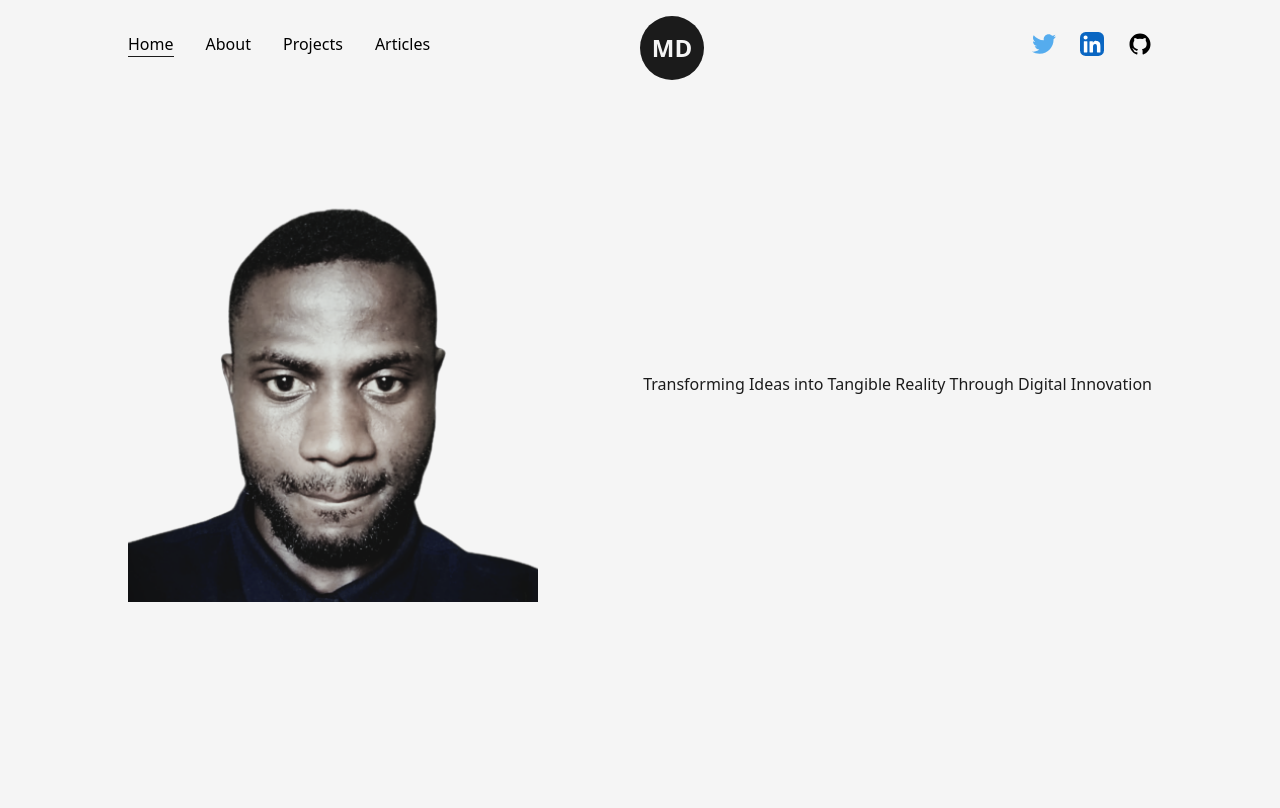
Repository: marcusdashe/situs
Page: /
The author's editor kept a copy of each file at every save. The page is drawn from the files as they stood at one save, then again after the next save.
The browser window is 1280 px wide. The pictures show the whole page.
The project was rebuilt for these pictures with package versions that can differ from the ones it lists, and the page was loaded fresh each time. The framework's server and built-in components were replaced by stand-ins that run in the browser.

Above is the page before, as saved 2023-06-15 17:28:08.

### src/pages/_app.js
import Navbar from "@/components/Navbar";
import "@/styles/globals.css";
import Head from "next/head";
// import { IBM_Plex_Sans } from "next/font/google";

// const ibm = IBM_Plex_Sans({
//   subsets: ["latin"],
//   variable: "--font-mont",
// });

export default function App({ Component, pageProps }) {
  return (
    <>
      <Head>
        <meta name="viewport" content="width=device-width, initial-scale=1" />
        <link rel="icon" href="/favicon.ico" />
      </Head>
      <main className={`  bg-light w-full min-h-screen`}>
        <Navbar />
        <Component {...pageProps} />
      </main>
    </>
  );
}

### src/pages/index.js
import Head from "next/head";
import Image from "next/image";
import { Inter } from "next/font/google";
import Layout from "@/components/Layout";
import profilePic from "../../public/images/profile/developer-pic-4.png";

const inter = Inter({ subsets: ["latin"] });

export default function Home() {
  return (
    <>
      <Head>
        <title>Marcus Dashe | Portfolio</title>
        <meta name="description" content="Generated by create next app" />
      </Head>
      <main className="flex items-center text-dark w-full min-h-screen">
        <Layout className="pt-0">
          <div className=" w-full flex items-center justify-between">
            <div className="w-2/5">
              <Image
                src={profilePic}
                alt="Marcus Dashe"
                className="w-full h-auto"
              />
            </div>
            <div>
              <h1>
                Transforming Ideas into Tangible Reality Through Digital
                Innovation
              </h1>
              <p></p>
            </div>
          </div>
        </Layout>
      </main>
    </>
  );
}

### src/components/Navbar.jsx
import React from "react";
import { useRouter } from "next/router";
import Link from "next/link";
import Logo from "./Logo";
import { TwitterIcon, GithubIcon, LinkedInIcon } from "./Icons";
import { motion } from "framer-motion";

const CustomLink = ({ href, title, className = "" }) => {
  const router = useRouter();

  return (
    <Link href={href} className={`${className} relative group`}>
      {title}
      <span
        className={`h-[1px] inline-block bg-dark absolute left-0 -bottom-0.5 group-hover:w-full transition-[width] ease duration-300 ${
          router.asPath === href ? "w-full" : "w-0"
        }`}
      >
        &nbsp;
      </span>
    </Link>
  );
};

const Navbar = () => {
  return (
    <header
      className="w-full px-32 py-8 font-medium
            flex items-center justify-between"
    >
      <nav>
        <CustomLink href="/" title="Home" className="mr-4" />
        <CustomLink href="/about" title="About" className="mx-4" />
        <CustomLink href="/projects" title="Projects" className="mx-4" />
        <CustomLink href="/articles" title="Articles" className="ml-4" />
      </nav>

      <nav className="flex items-center justify-center flex-wrap">
        <motion.a
          href="https://www.twitter.com/marcusdashe"
          target={"_blank"}
          whileHover={{
            y: -2,
          }}
          whileTap={{ scale: 0.9 }}
          className="w-6 mx-3"
        >
          <TwitterIcon className="" />
        </motion.a>
        <motion.a
          href="https://www.linkedin.com/in/marcus-dashe-15a088202"
          target={"_blank"}
          whileHover={{
            y: -2,
          }}
          whileTap={{ scale: 0.9 }}
          className="w-6 mx-3"
        >
          <LinkedInIcon />
        </motion.a>
        <motion.a
          href="https://www.github.com/marcusdashe"
          target={"_blank"}
          whileHover={{
            y: -2,
          }}
          whileTap={{ scale: 0.9 }}
          className="w-6 ml-3"
        >
          <GithubIcon />
        </motion.a>
      </nav>
      <div className="absolute left-[50%] top-2 translate-x-[-50]">
        <Logo />
      </div>
    </header>
  );
};

export default Navbar;

### src/styles/globals.css
@import url("https://fonts.googleapis.com/css2?family=IBM+Plex+Sans:ital,wght@0,100;0,200;0,300;1,100;1,200&family=Inter:wght@300;400;500;600;700;800;900&display=swap");

@tailwind base;
@tailwind components;
@tailwind utilities;

### src/components/Layout.jsx
import React from "react";

const Layout = ({ children, className = "" }) => {
  return (
    <div className={`${className} w-full inline-block z-0 bg-light p-32  `}>
      {children}
    </div>
  );
};

export default Layout;

### src/components/Logo.jsx
"use client";

import React from "react";
import Link from "next/link";
import { motion } from "framer-motion";

const MotionLink = motion(Link);

const Logo = () => {
  return (
    <div className="flex items-center justify-center mt-2">
      <MotionLink
        href="/"
        className="w-16 h-16 bg-dark text-light flex items-center
        justify-center rounded-full text-2xl font-bold hover
      "
        whileHover={{
          scale: 1.5,
          backgroundColor: [
            "#121212",
            "rgba(131,58,180,1)",
            "rgba(253,29,29,1)",
            "rgba(252,176,69,1)",
            "rgba(131,58,180,1)",
            "#121212",
          ],
          transition: {
            duration: 1,
            repeat: Infinity,
          },
        }}
      >
        MD
      </MotionLink>
    </div>
  );
};

export default Logo;

Loaded but not shown: tailwind.config.js (27 lines, source omitted); src/components/Icons.jsx (463 lines, source omitted)

After the next save:
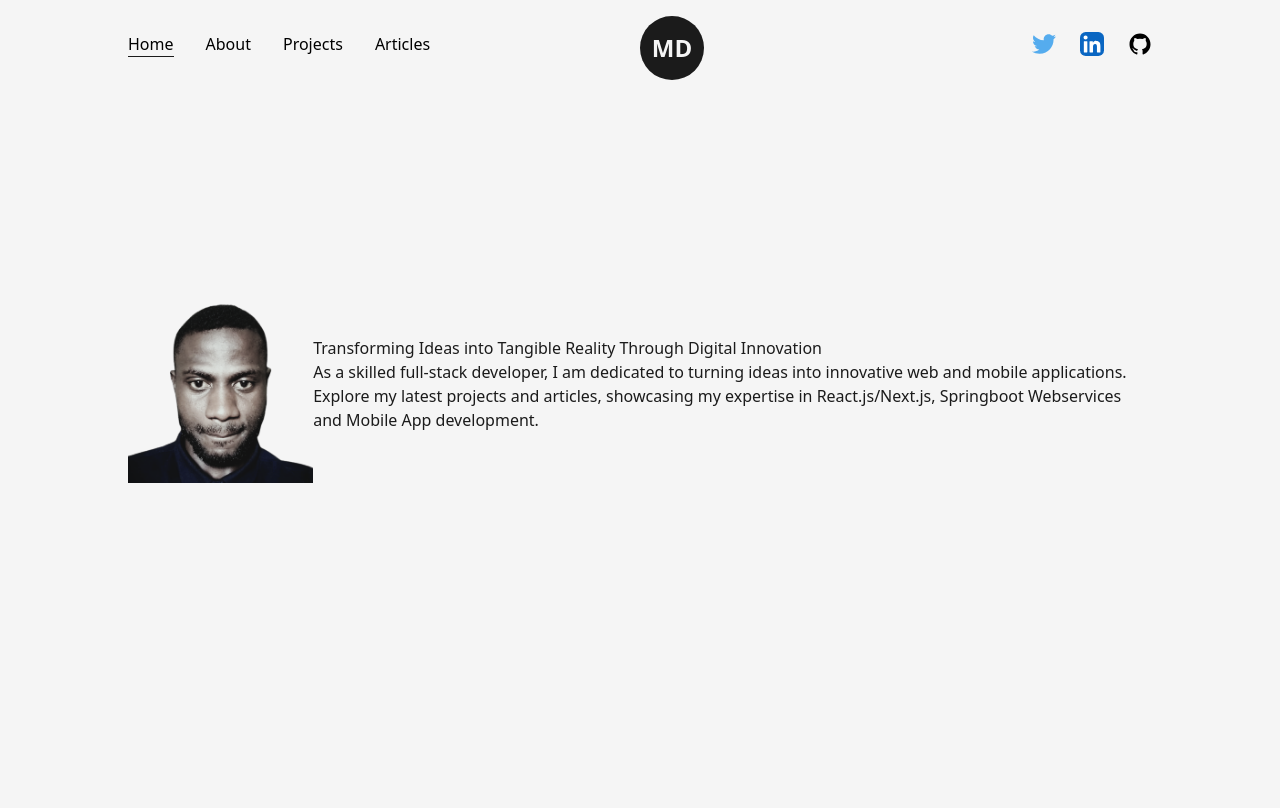
Saved 119 s later.
--- a/src/pages/index.js
+++ b/src/pages/index.js
@@ -28,7 +28,13 @@ export default function Home() {
                 Transforming Ideas into Tangible Reality Through Digital
                 Innovation
               </h1>
-              <p></p>
+              <p>
+                As a skilled full-stack developer, I am dedicated to turning
+                ideas into innovative web and mobile applications. Explore my
+                latest projects and articles, showcasing my expertise in
+                React.js/Next.js, Springboot Webservices and Mobile App
+                development.
+              </p>
             </div>
           </div>
         </Layout>
